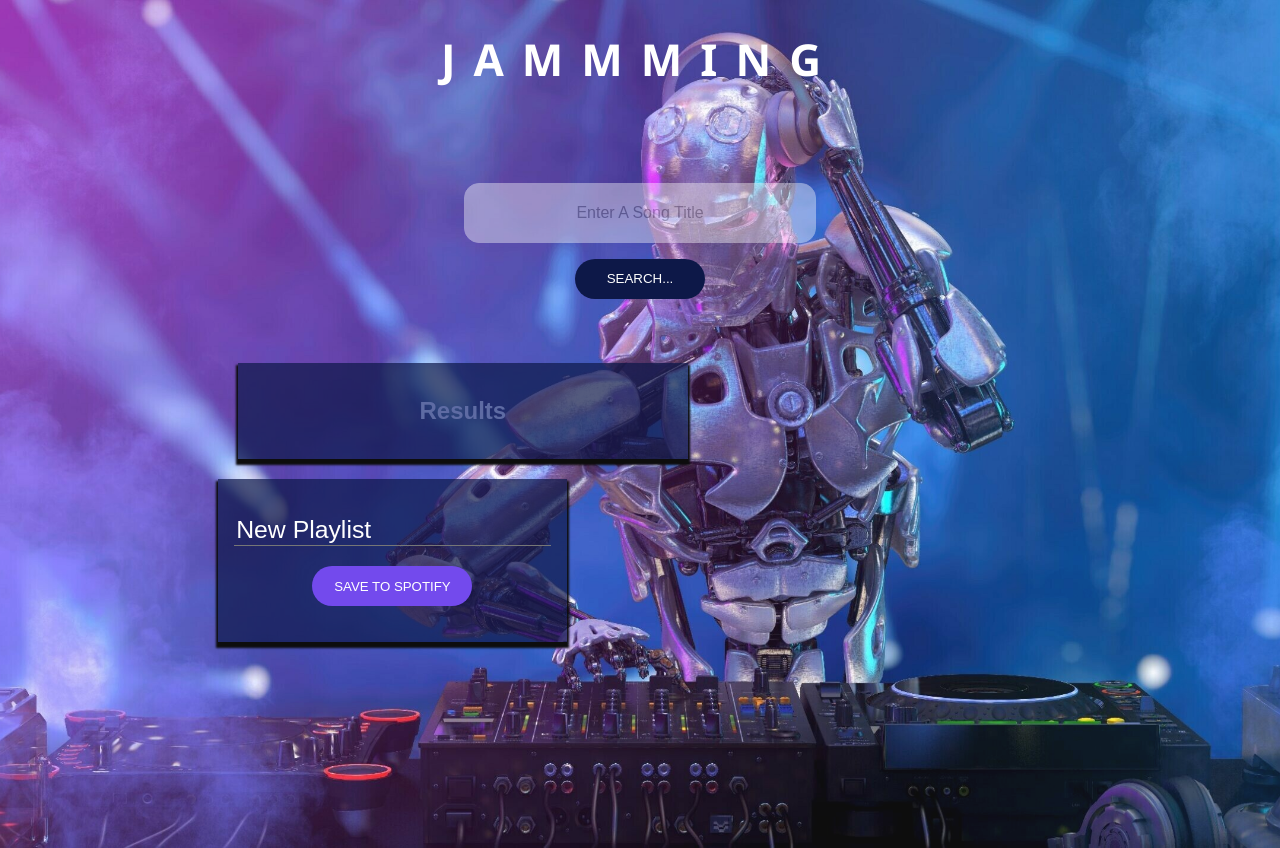
Repository: LolaSL/jamming
Page: /
The author's editor kept a copy of each file at every save. The page is drawn from the files as they stood at one save, then again after the next save.
The browser window is 1280 px wide. The pictures show the whole page.
The project was rebuilt for these pictures with package versions that can differ from the ones it lists, and the page was loaded fresh each time. Also part of the build but not shown: src/components/Track/Track.css, src/components/Track/Track.jsx.

Above is the page before, as saved 2023-06-22 18:43:10.

After the next save:
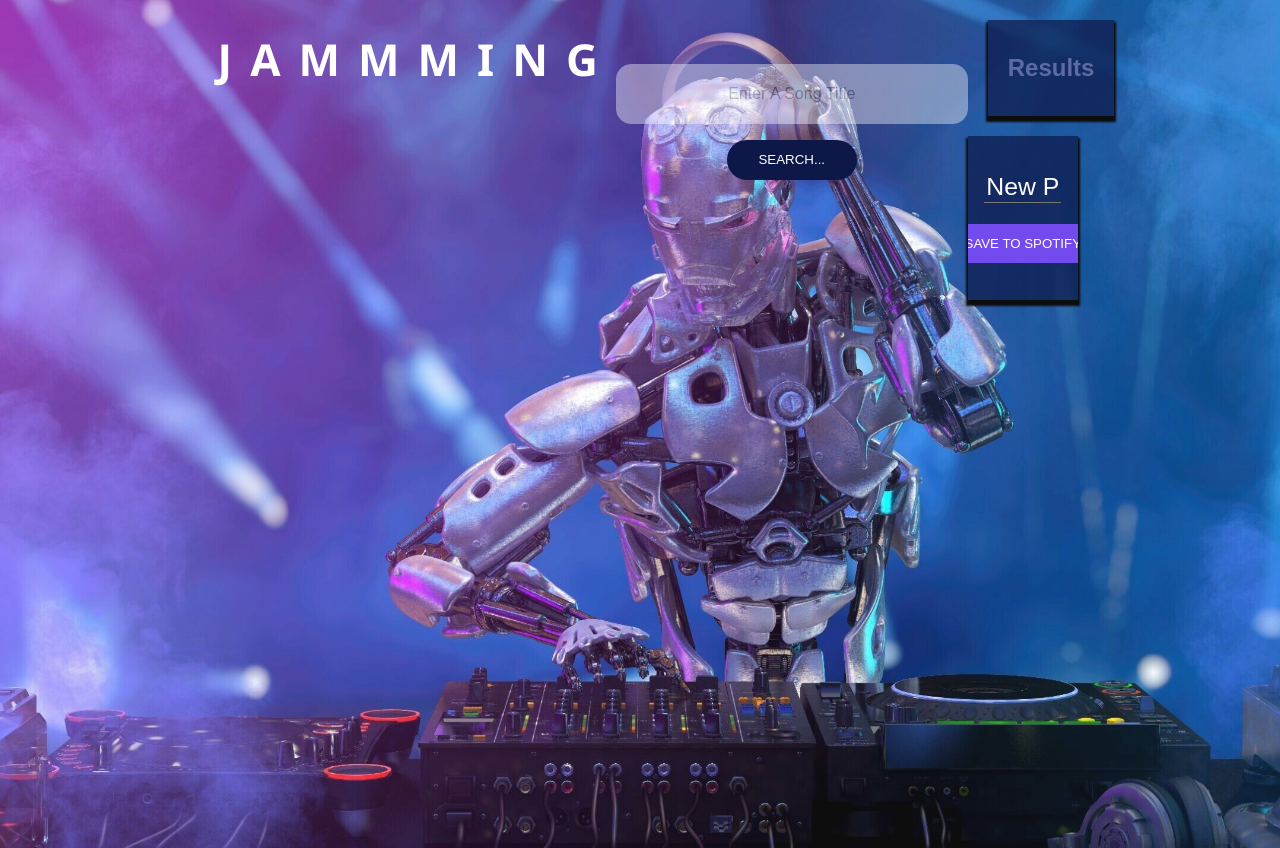
Saved 32 s later.
--- a/src/App/App.css
+++ b/src/App/App.css
@@ -5,7 +5,7 @@ html,
 }
 
 .App{
-  display: flex flex;
+  display: flex;
   height: 100%;
   padding: 0 17% 10% 17%;
   background-image: url('./background.jpg');

After the save that followed:
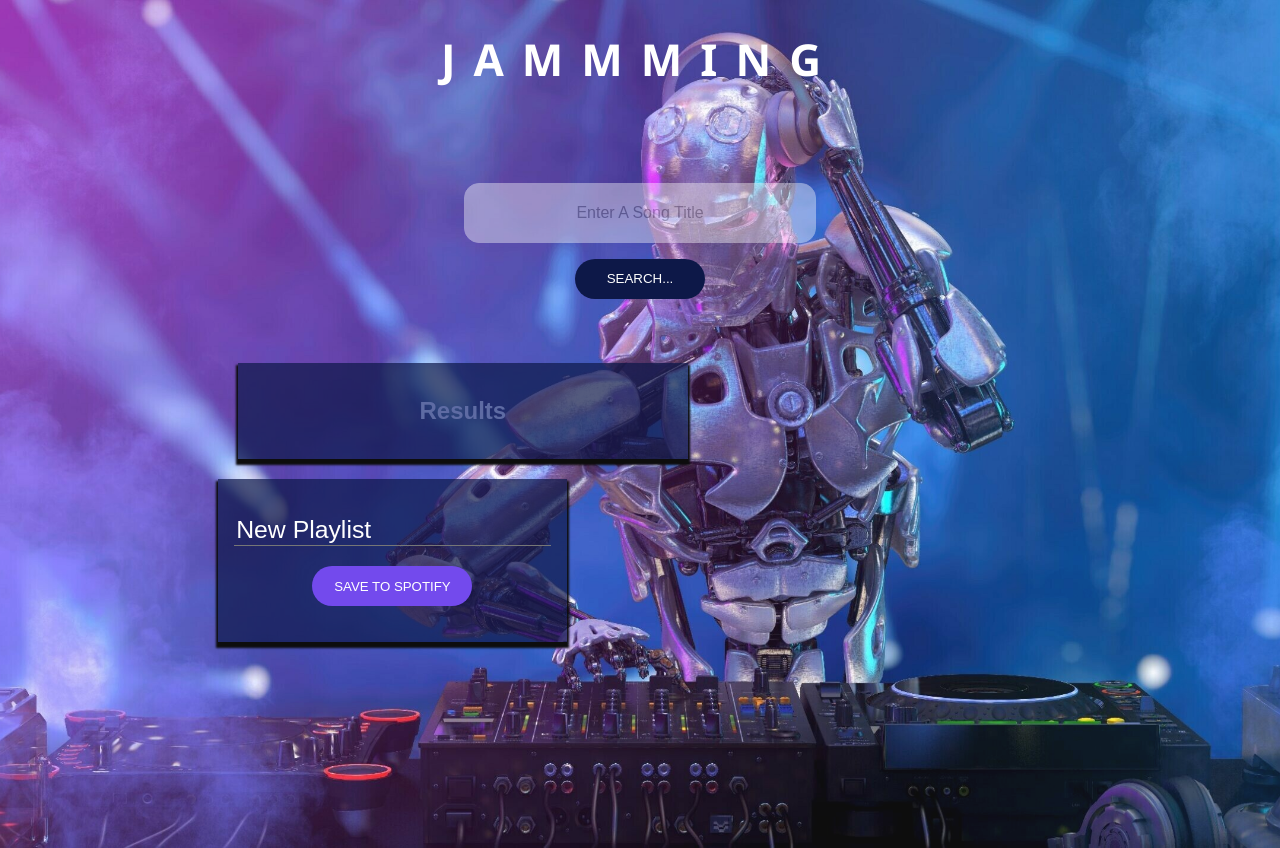
Saved 8 s later.
--- a/src/App/App.css
+++ b/src/App/App.css
@@ -5,7 +5,7 @@ html,
 }
 
 .App{
-  display: flex;
+  display: flexbox;
   height: 100%;
   padding: 0 17% 10% 17%;
   background-image: url('./background.jpg');
